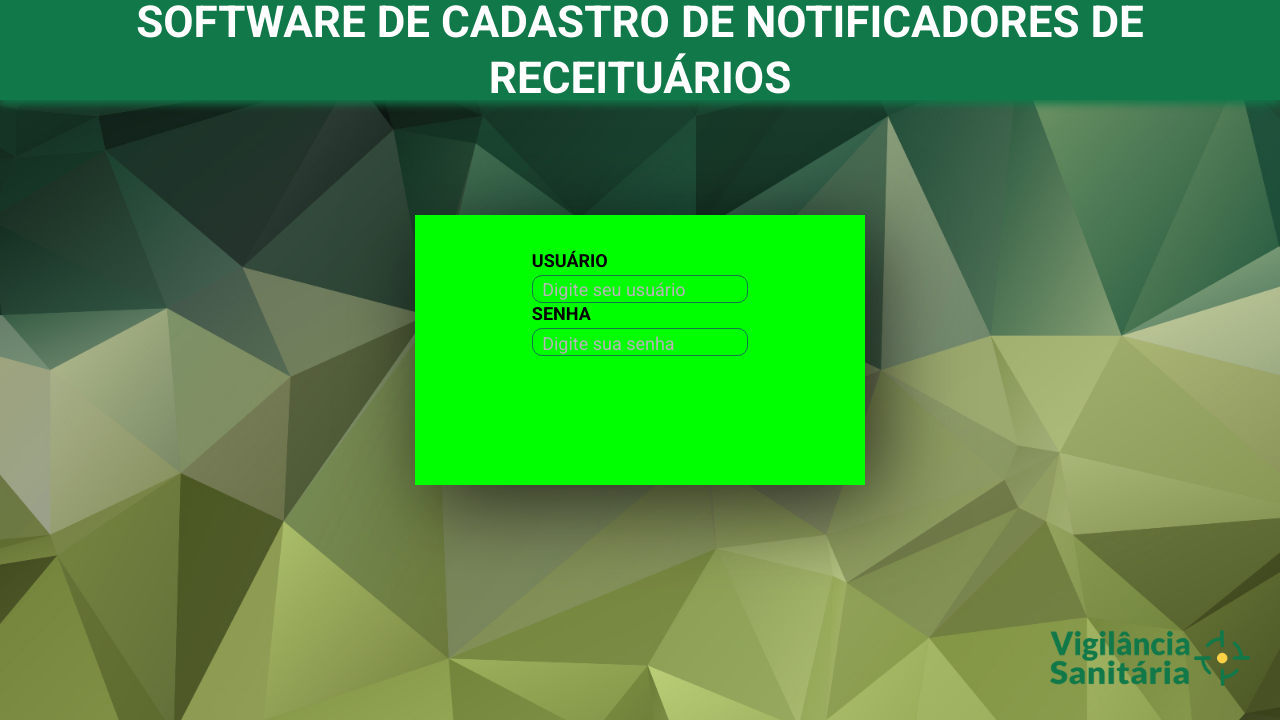
Repository: milena-rosa/web-prescription-notifier
Page: /
The author's editor kept a copy of each file at every save. The page is drawn from the files as they stood at one save, then again after the next save.
The browser window is 1280 px wide. The pictures show the whole page.
The project was rebuilt for these pictures with package versions that can differ from the ones it lists, and the page was loaded fresh each time. Also part of the build but not shown: src/pages/Home/styles.ts, src/pages/Home/index.tsx.

Above is the page before, as saved 2021-11-07 13:23:40.

After the next save:
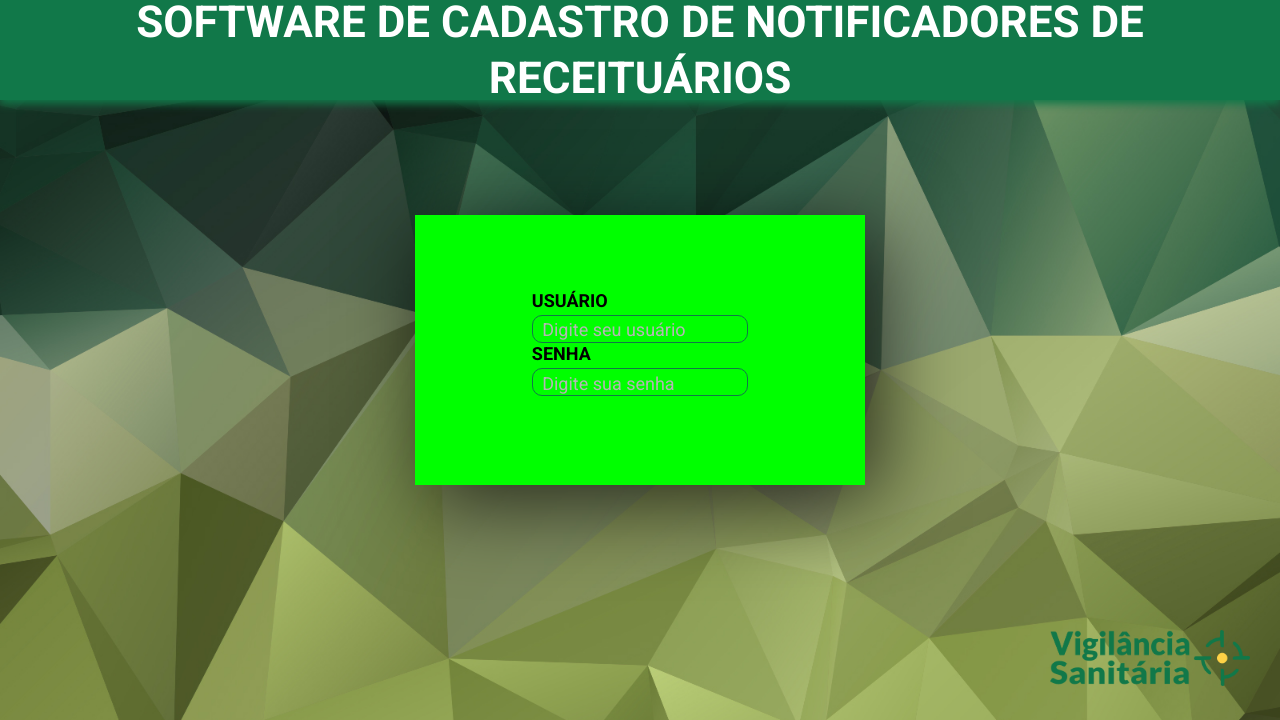
Saved 13 s later.
--- a/src/pages/SignIn/styles.ts
+++ b/src/pages/SignIn/styles.ts
@@ -40,7 +40,7 @@
     filter: drop-shadow(15px 15px 42px rgba(0, 0, 0, 0.7));
     flex-direction: column;
     height: 16.875rem;
-    padding: 2.1875rem 4.6875rem;
+    padding: 4.6875rem 2.1875rem;
     width: 28.125rem;
   }
 

After the save that followed:
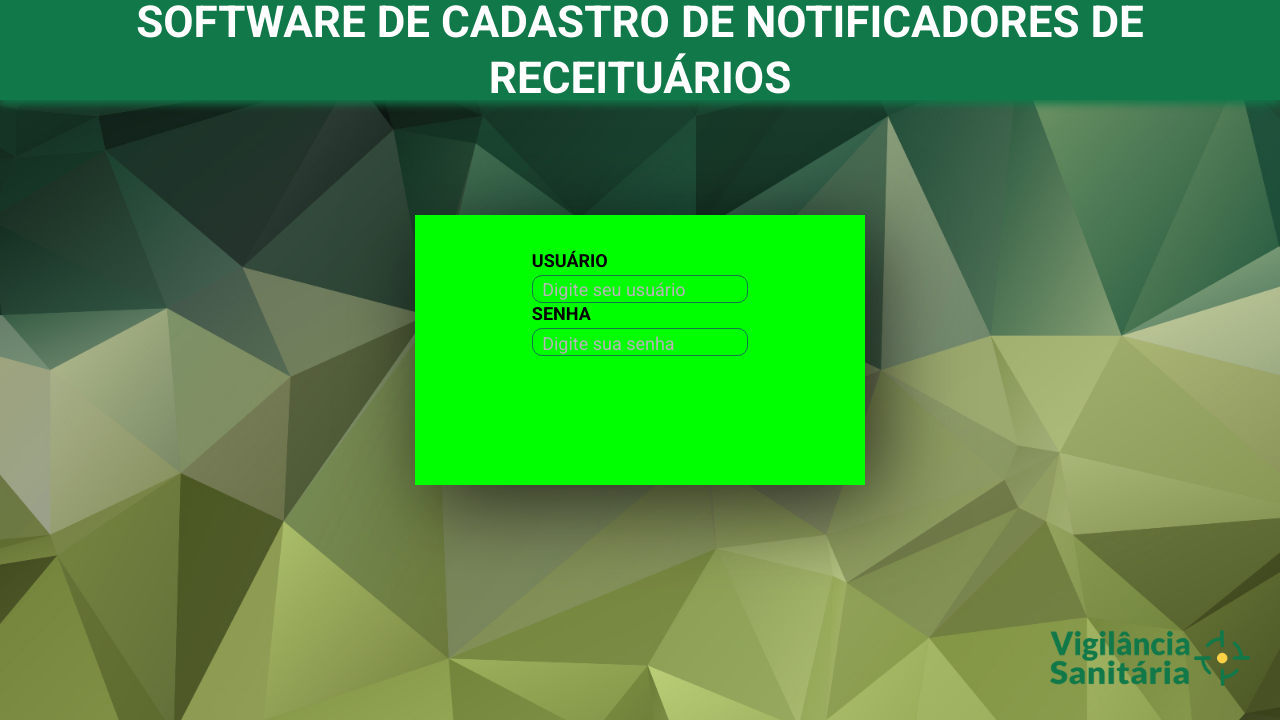
Saved 9 s later.
--- a/src/pages/SignIn/styles.ts
+++ b/src/pages/SignIn/styles.ts
@@ -40,7 +40,7 @@
     filter: drop-shadow(15px 15px 42px rgba(0, 0, 0, 0.7));
     flex-direction: column;
     height: 16.875rem;
-    padding: 4.6875rem 2.1875rem;
+    padding: 2.1875rem 4.6875rem;
     width: 28.125rem;
   }
 
